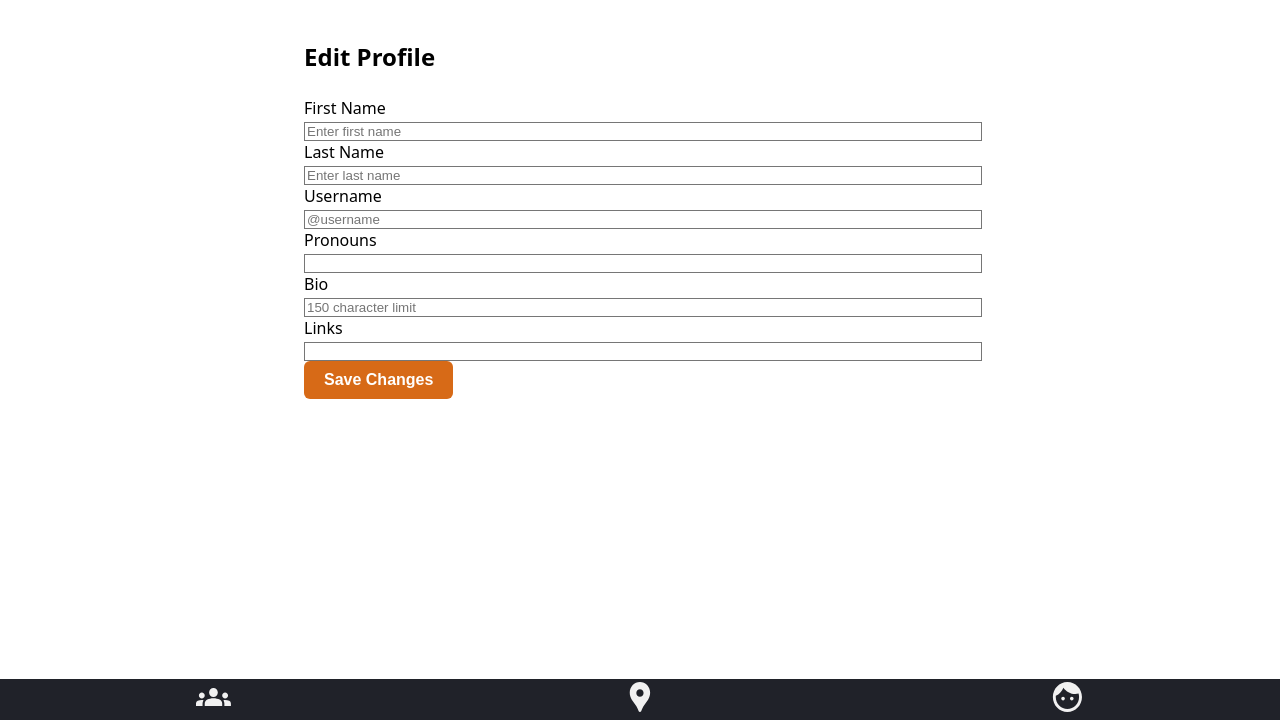
Repository: amolwalia/LocaLens-App
Page: /profile
These files come from the project's save history. The page is drawn as it stood at one moment and after the next save; the edit follows.
The browser window is 1280 px wide. The pictures show the whole page.
The project was rebuilt for these pictures with package versions that can differ from the ones it lists, and the page was loaded fresh each time. The framework's server and built-in components were replaced by stand-ins that run in the browser. Also part of the build but not shown: next.config.mjs.

Above is the page before, as saved 2025-05-22 23:48:52.

After the next save:
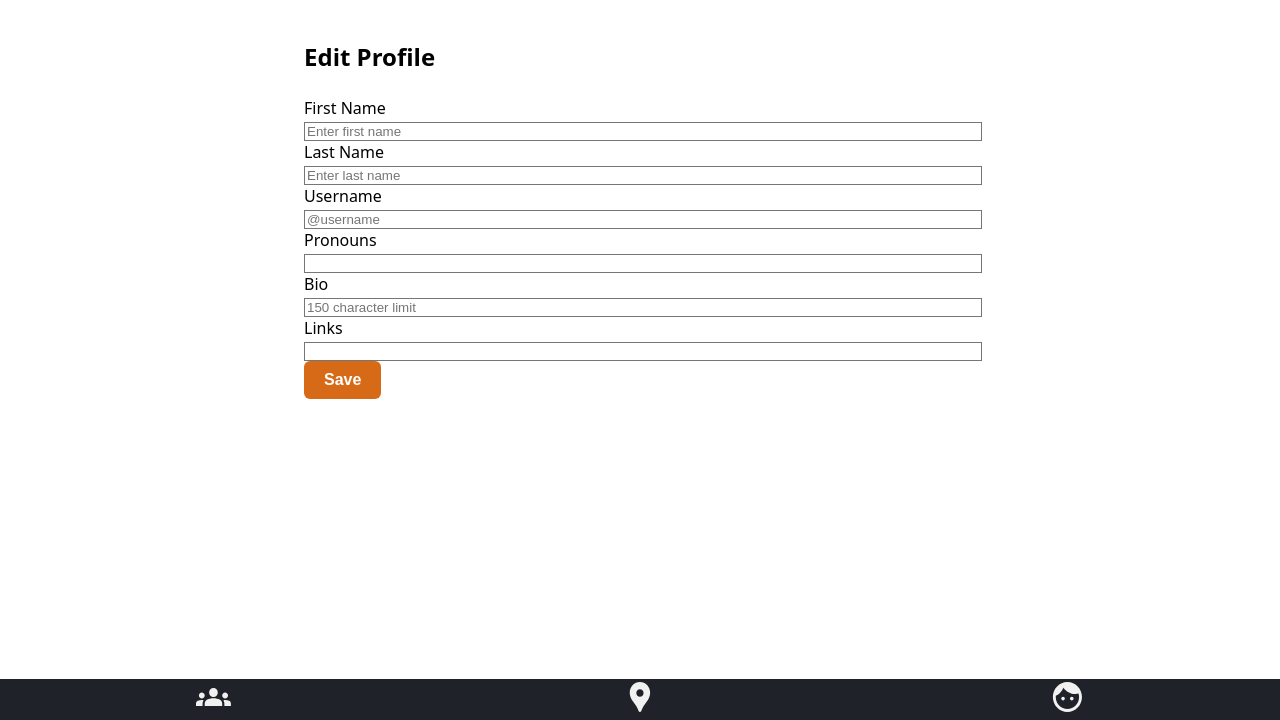
Saved 30 s later.
--- a/app/profile/page.jsx
+++ b/app/profile/page.jsx
@@ -84,7 +84,7 @@ export default function ProfilePage() {
           />
         </div>
         <button type="submit" className="saveButton">
-          Save Changes
+          Save
         </button>
       </form>
     </div>
